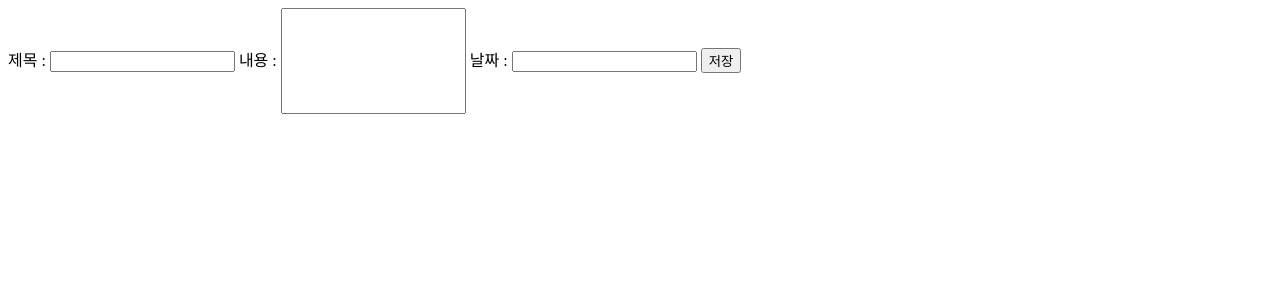
Repository: sandartchip/Board_v01
Page: http://localhost/firstjsp/write.jsp
These files come from the project's save history. The page is drawn as it stood at one moment and after a run of saves; the edit follows.
The browser window is 1280 px wide. The pictures show the whole page.
The page is served by Tomcat 9.

Above is the page before, as saved 2019-03-18 05:30:19.

### Board_v01/firstjsp/WebContent/write.jsp
<%@ page language= "java" contentType= "text/html; charset=utf-8" pageEncoding= "utf-8" %>

<!DOCTYPE html>
<html>
<head>
		<meta charset="UTF-8">
		<title>Insert title here</title>
</head>

<%
	int idx = 1;
	String title = request.getParameter("title");
	String content = request.getParameter("content");
	String regdate= "120610";
	String moddate="120611";
%>


<body>


<!--  서버단에서 출력 -->

	<form action="index.jsp" method="post" onsubmit="return formCheck();">
	<!--  데이터들을 가진 form을 action에 지정된 페이지로 보냄 -->
	<!--  post는 많은 값 보낼 때. -->


	제목 : <input type="text" name="title">
	내용 : <input type="text" name="content" style="height:100px">
	날짜 : <input type="text" name="regdate">

	<input type="submit" value = "저장"/>
	<!-- 취소 버튼 -->

	</form>

	<script>
		function formCheck(){

			//첫번째 form의 제목의 값
			var title = document.forms[0].title.value;
			var body = document.forms[0].body.value;
			var length = document.forms[0].length -1;

			if( title.length >80) {
				alert("제목의 길이가 너무 깁니다");
				return false;
			}

			for(var i=0;i<length;i++){
				if(document.forms[0][i].value == null || document.forms[0][i].value==""){
					alert(document.forms[0][i].name + "을 입력하세요.");
					document.forms[0][i].focus();
					return false;
				}
			}

		}
	</script>

</body>
</html>

After the next 2 saves:
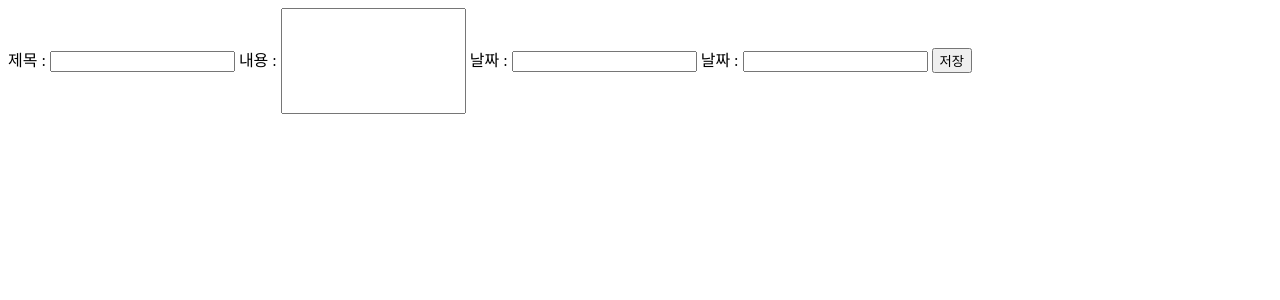
The 2 saves are shown as one change because they came seconds apart.
The last was saved 11 s later.
--- a/Board_v01/firstjsp/WebContent/write.jsp
+++ b/Board_v01/firstjsp/WebContent/write.jsp
@@ -28,7 +28,8 @@
 
 	제목 : <input type="text" name="title">
 	내용 : <input type="text" name="content" style="height:100px">
-	날짜 : <input type="text" name="regdate">
+	날짜 : <input type="text" name="regDate">
+	날짜 : <input type="text" name="modDate">
 
 	<input type="submit" value = "저장"/>
 	<!-- 취소 버튼 -->
